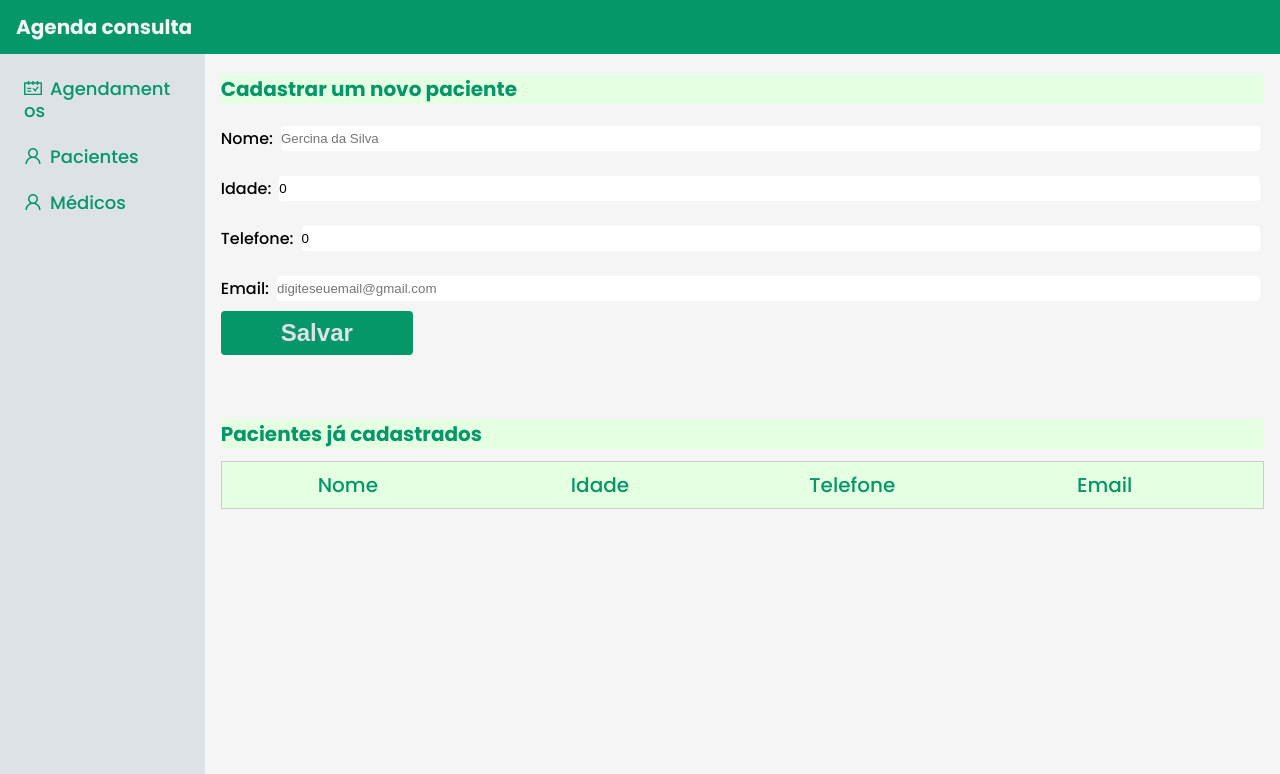
Repository: BarbaraCD/agendaconsulta
Page: /patients
These files come from the project's save history. The page is drawn as it stood at one moment and after the next save; the edit follows.
The browser window is 1280 px wide. The pictures show the whole page.
The page's requests for data from a server got no answer. The project was rebuilt for these pictures with package versions that can differ from the ones it lists, and the page was loaded fresh each time. No one was signed in, and anything a server would have sent is missing. Also part of the build but not shown: vite.config.ts, src/styles/StyleList.ts, src/components/Doctors.tsx, src/services/doctor.services.ts, src/components/InputDoctors.tsx, src/components/CreateDoctor.tsx, src/components/Patients.tsx, src/services/appointment.services.ts and 3 more.

Above is the page before, as saved 2023-08-09 18:07:41.

After the next save:
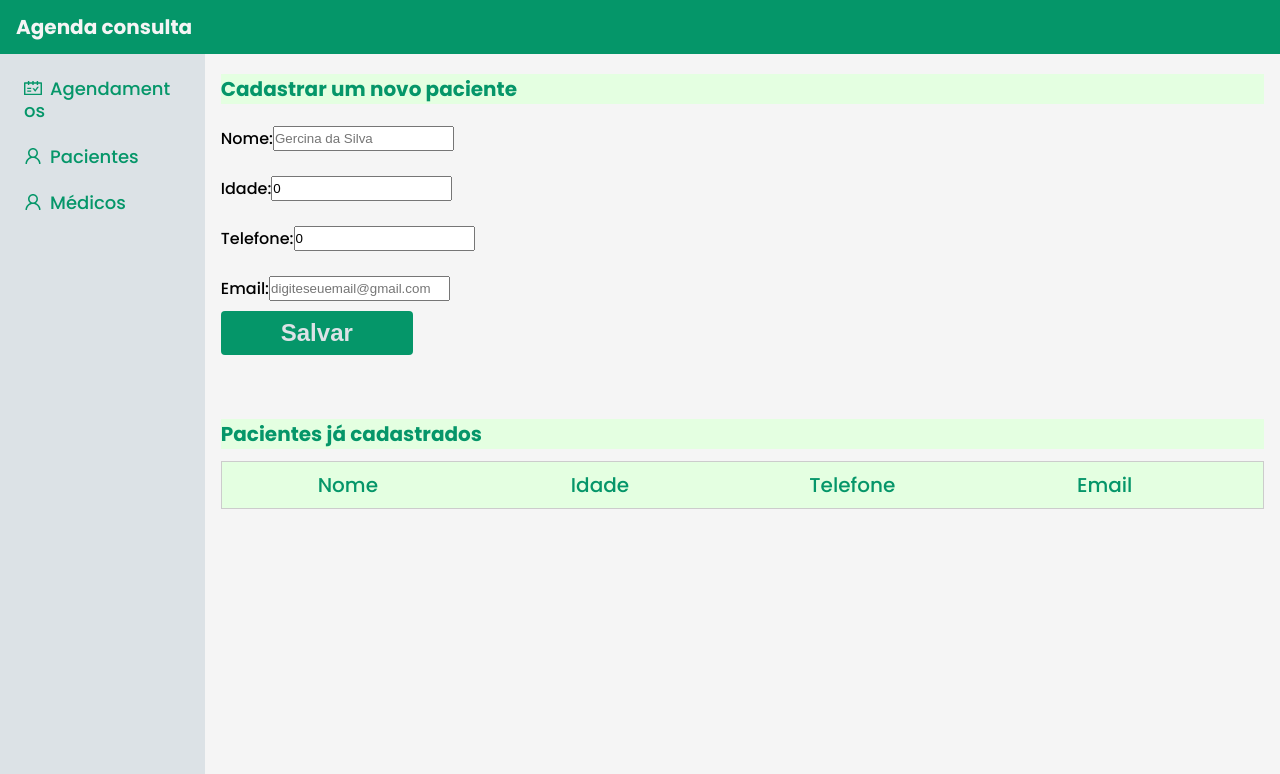
Saved 14 h 37 min later.
--- a/src/styles/InputContainer.ts
+++ b/src/styles/InputContainer.ts
@@ -1,3 +1,4 @@
+import { Input } from "antd"
 import styled from "styled-components"
 
 export const InputContainer = styled.div`
@@ -24,11 +25,13 @@ export const InputContainer = styled.div`
     font-weight: 500;
   }
 
-  input {
-    width: 100%;
-    margin-left: 8px;
-    border-radius: 4px;
-    border: none;
-    overflow: hidden;
-  }
+
 `
+
+export const StyledInput = styled(Input)`
+  width: 100%;
+  margin-left: 8px;
+  border-radius: 4px;
+  border: none;
+  overflow: hidden;
+`
